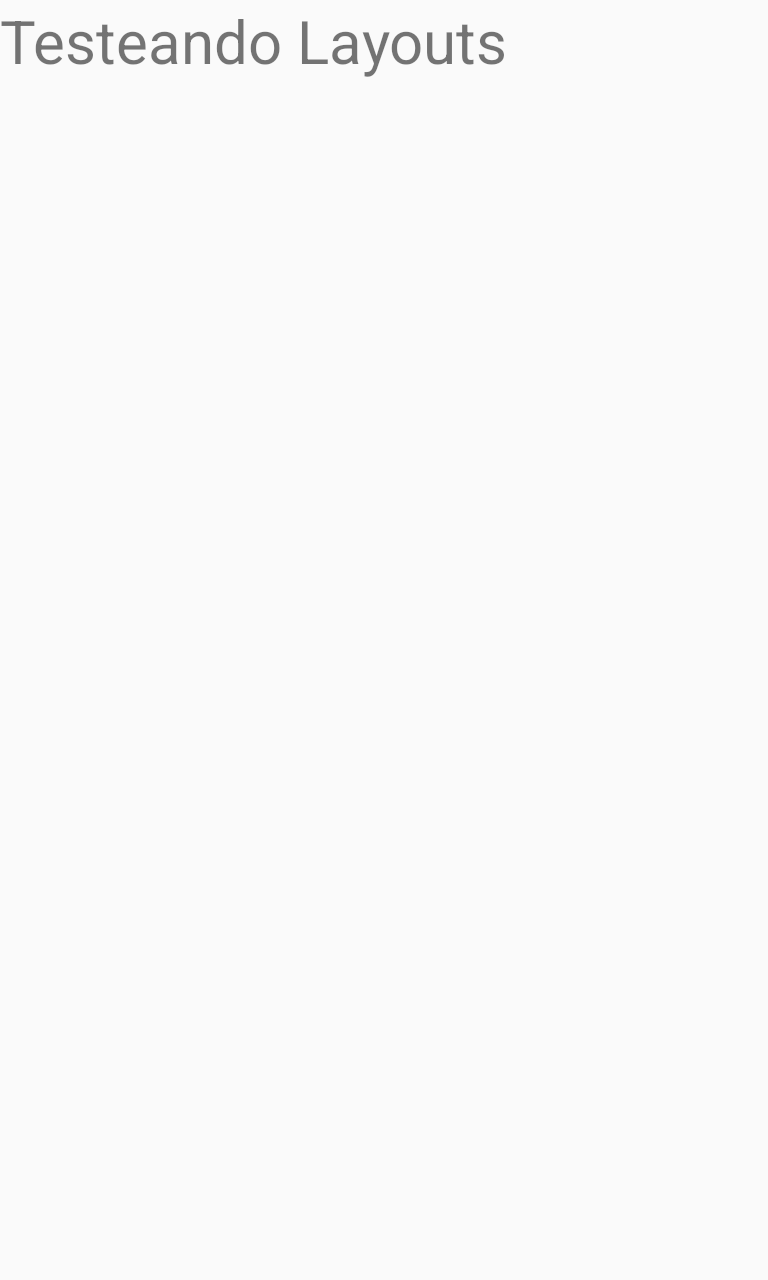
Repository: jromanz/android-projects
Layout: ListaAlumnos/res/layout/activity_frame_layout.xml
These files come from the project's save history. The layout is drawn as it stood at one moment and after the next save; the edit follows.
It is drawn on a 768 x 1280 px phone screen (xhdpi) without system bars, with theme AppTheme; the app's code is not run.

Above is the layout before, as saved 2014-08-28 22:48:06.

After the next save:
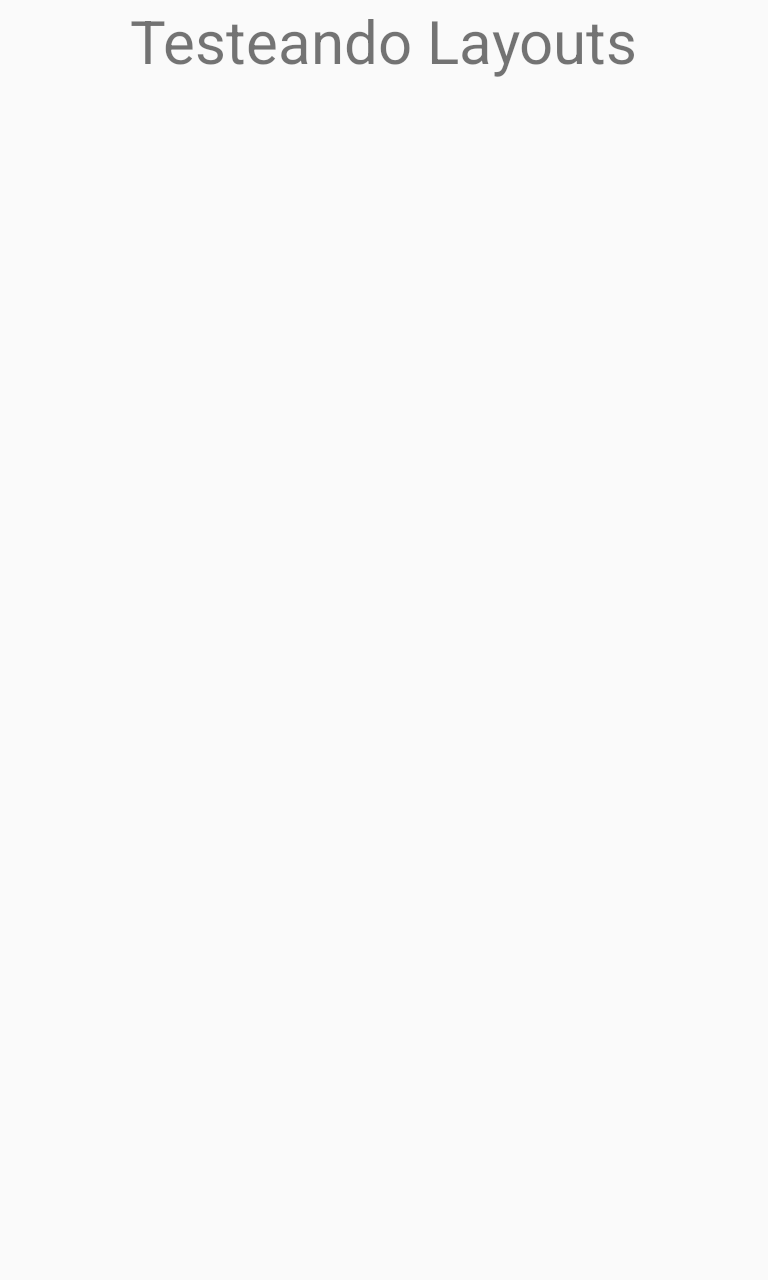
Saved 21 min 48 s later.
--- a/ListaAlumnos/res/layout/activity_frame_layout.xml
+++ b/ListaAlumnos/res/layout/activity_frame_layout.xml
@@ -9,6 +9,7 @@
         android:layout_height="wrap_content"
         android:text="Testeando Layouts"
         android:textSize="30sp"
+        android:layout_gravity="center_horizontal"
         />
 
 </FrameLayout>
